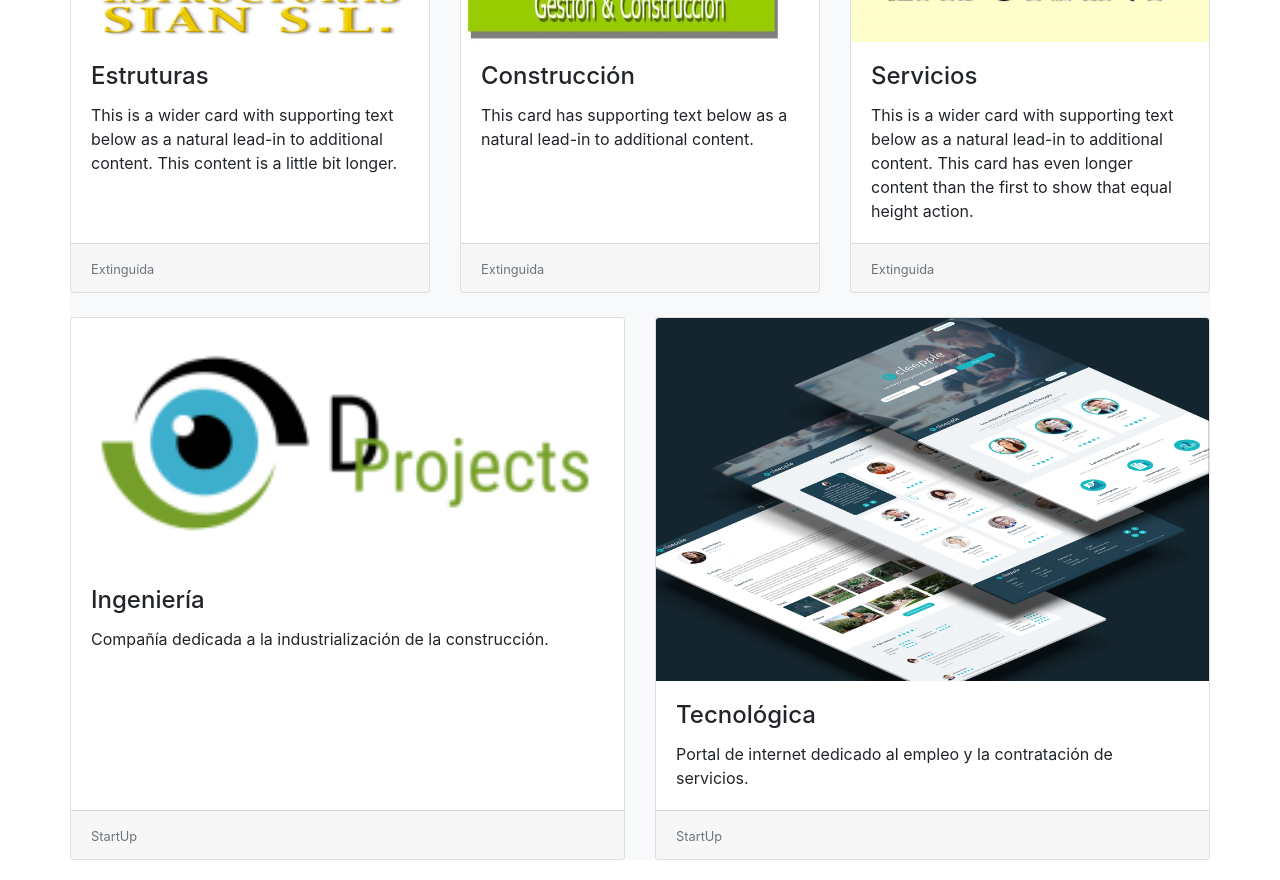
Repository: Hrotgarion1/jose
Page: index.html
These files come from the project's save history. The page is drawn as it stood at one moment and after the next save; the edit follows.
The browser window is 1280 px wide. The pictures show the part of the page from y = 4718 to 5670 px (the page is 5598 px tall before and 5670 px after).
A picture or video elsewhere on the page could not be fetched, so the positions and the page height are approximate.

Above is the page before, as saved 2020-09-30 19:04:18.

After the next save:
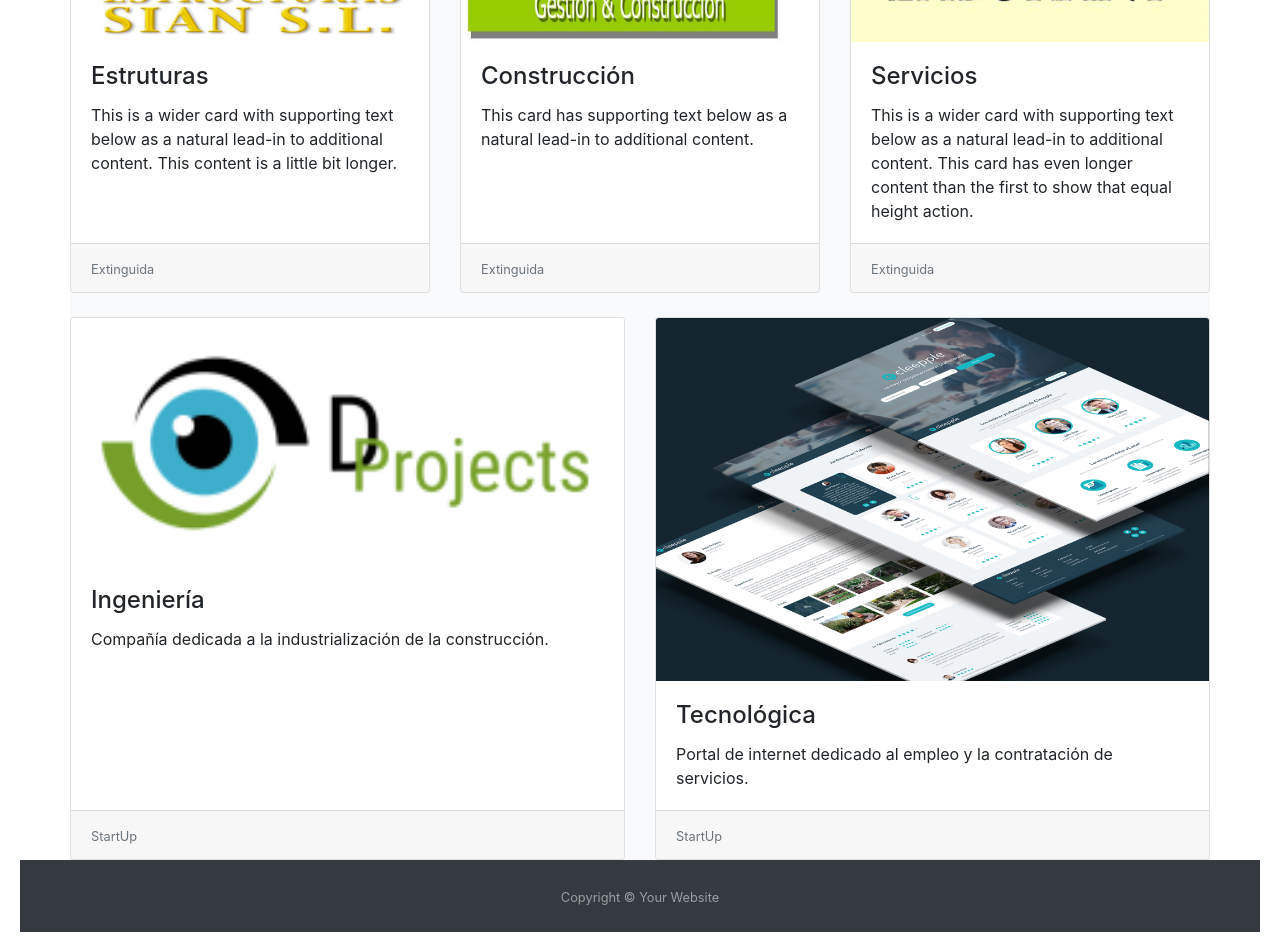
Saved 16 min 54 s later.
--- a/index.html
+++ b/index.html
@@ -358,10 +358,12 @@
             </div>
           </div>
         </section>
-
-
-
       </div>
+      <footer id="sticky-footer" class="py-4 bg-dark text-white-50">
+        <div class="container text-center">
+          <small>Copyright &copy; Your Website</small>
+        </div>
+      </footer>
 
 
 
